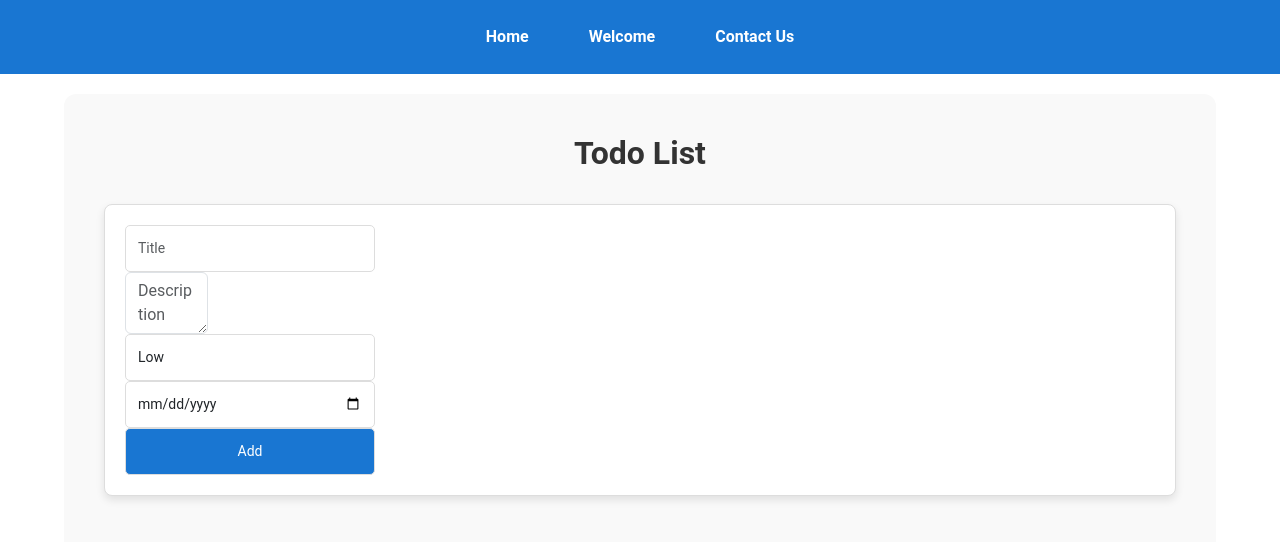
Repository: HPNChanel/Todo-List-Web-App
Page: / (app in frontend/todolist/)
An editor plug-in stored every save of this project. The page is shown before and after the next save, followed by the edit.
The browser window is 1280 px wide. The pictures show the whole page.
The page's requests for data from a server got no answer. The project was rebuilt for these pictures with package versions that can differ from the ones it lists, and the page was loaded fresh each time. No one was signed in, and anything a server would have sent is missing. Also part of the build but not shown: frontend/todolist/src/styles/TaskItem.css, frontend/todolist/src/components/TaskItem.js, frontend/todolist/src/styles/WelcomePage.css, frontend/todolist/src/pages/WelcomePage.js, frontend/todolist/src/styles/NotFound.css, frontend/todolist/src/pages/NotFound.js. Imported but missing from the stored project, and not drawn on this page: frontend/todolist/src/components/ContactUs.

Above is the page before, as saved 2024-11-05 14:20:07.

After the next save:
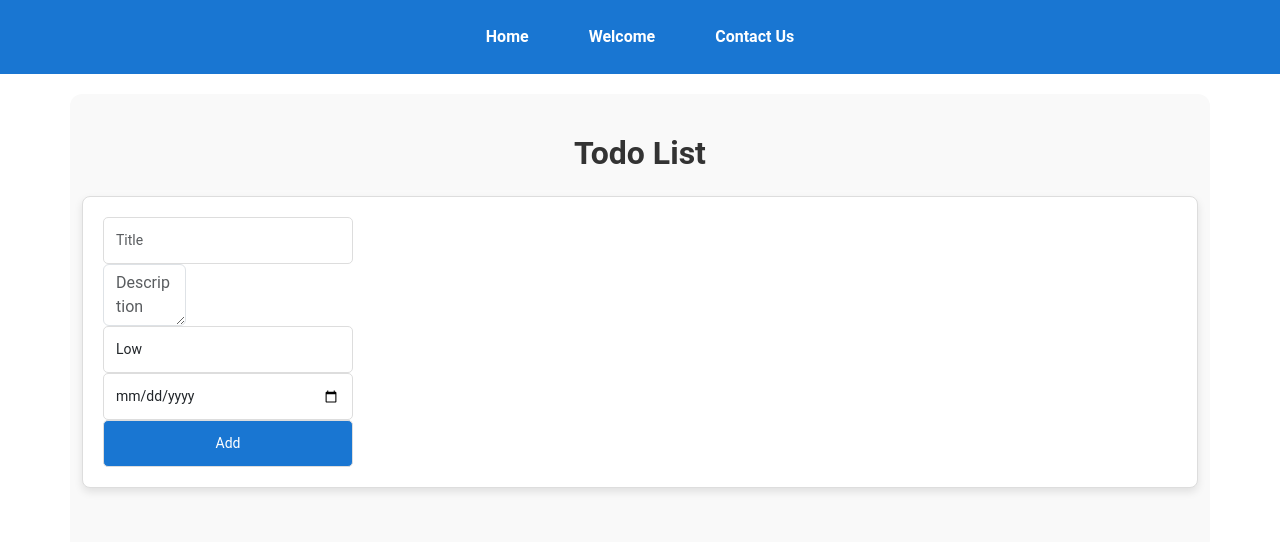
Saved 9 s later.
--- a/frontend/todolist/src/components/TaskList.js
+++ b/frontend/todolist/src/components/TaskList.js
@@ -1,10 +1,9 @@
 // src/components/TaskList.js
 import React, { useState } from 'react';
-import { Grid, Typography } from '@mui/material';
 import TaskItem from './TaskItem';
 import TaskForm from './TaskForm';
+import '../styles/TaskList.css';
 import useTasks from '../hooks/useTasks';
-import '../styles/TaskList.css';
 
 function TaskList() {
     const { tasks } = useTasks();
@@ -19,16 +18,16 @@ function TaskList() {
     };
 
     return (
-        <div className="task-list">
-            <Typography variant="h4" gutterBottom>Todo List</Typography>
+        <div className="task-list container">
+            <h4 className="text-center mb-4">Todo List</h4>
             <TaskForm taskToEdit={taskToEdit} clearTaskToEdit={clearTaskToEdit} />
-            <Grid container spacing={2} className="task-grid">
+            <div className="row">
                 {tasks.map((task) => (
-                    <Grid item xs={12} sm={6} md={4} key={task.id}>
+                    <div key={task.id} className="col-md-4">
                         <TaskItem task={task} onEdit={handleEdit} />
-                    </Grid>
+                    </div>
                 ))}
-            </Grid>
+            </div>
         </div>
     );
 }
